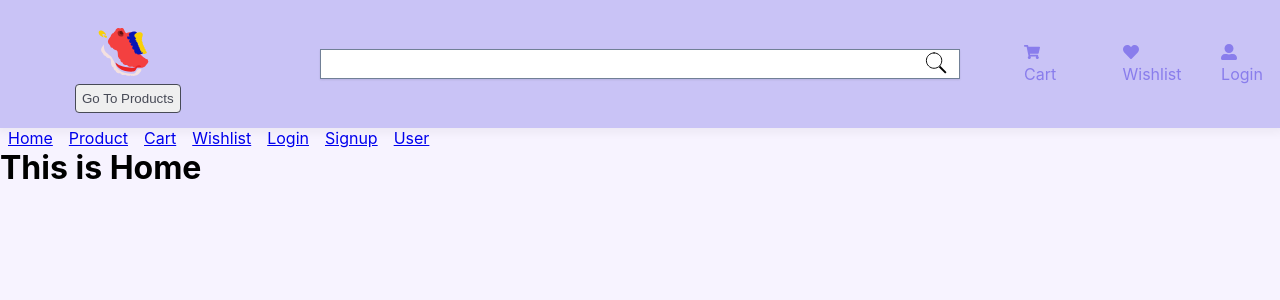
Repository: Irfan-vit/shoecase
Page: /
The author's editor kept a copy of each file at every save. The page is drawn from the files as they stood at one save, then again after a run of saves.
The browser window is 1280 px wide. The pictures show the whole page.
The page's requests for data from a server got no answer. The project was rebuilt for these pictures with package versions that can differ from the ones it lists, and the page was loaded fresh each time. No one was signed in, and anything a server would have sent is missing. Also part of the build but not shown: src/pages/Product/ProductPage.jsx, src/pages/cart/CartPage.jsx, src/pages/wishlist/WishlistPage.jsx, src/pages/login/LoginPage.jsx, src/pages/signup/SignupPage.jsx, src/pages/user/StyledUser.jsx, src/components/forms/addAddress/AddAddress.jsx, src/components/forms/editAddress/EditAddress.jsx and 4 more.

Above is the page before, as saved 2023-05-22 04:38:27.

After the next 3 saves:
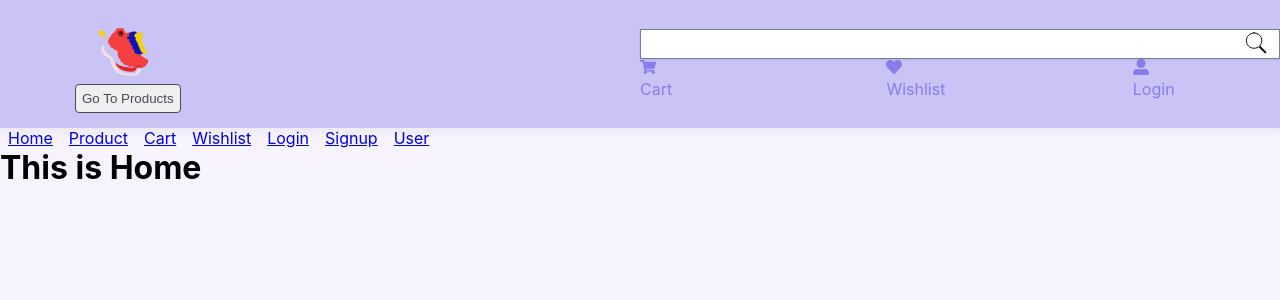
The 3 saves are shown as one change because 1 did not build or start and some came seconds apart.
The last was saved 78 s later.
--- a/src/components/navBar/NavBar.jsx
+++ b/src/components/navBar/NavBar.jsx
@@ -26,31 +26,33 @@ const NavBar = () => {
           </div>
         </div>
         <div>
-          <SearchInput />
-        </div>
-        <div>
-          <StyledNavList>
-            <ul>
-              <li>
-                <Link to="/cart">
-                  <FaShoppingCart />
-                  <p>Cart</p>
-                </Link>
-              </li>
-              <li>
-                <Link to="/wishlist">
-                  <FaHeart />
-                  <p>Wishlist</p>
-                </Link>
-              </li>
-              <li>
-                <Link to="">
-                  <FaUserAlt />
-                  <p>Login</p>
-                </Link>
-              </li>
-            </ul>
-          </StyledNavList>
+          <div>
+            <SearchInput />
+          </div>
+          <div>
+            <StyledNavList>
+              <ul>
+                <li>
+                  <Link to="/cart">
+                    <FaShoppingCart />
+                    <p>Cart</p>
+                  </Link>
+                </li>
+                <li>
+                  <Link to="/wishlist">
+                    <FaHeart />
+                    <p>Wishlist</p>
+                  </Link>
+                </li>
+                <li>
+                  <Link to="">
+                    <FaUserAlt />
+                    <p>Login</p>
+                  </Link>
+                </li>
+              </ul>
+            </StyledNavList>
+          </div>
         </div>
       </StyledNav>
     </StyledNavWrapper>
